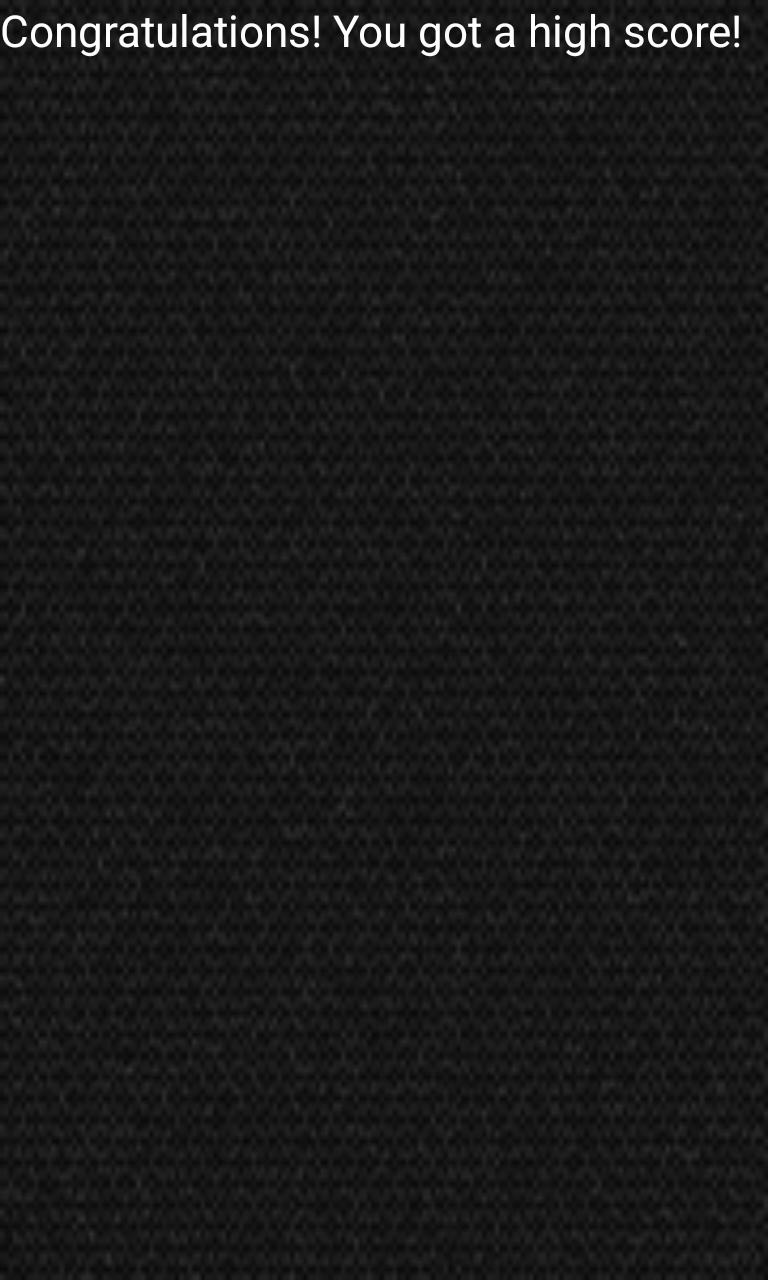
Repository: Tacohen/Killbots
Layout: Killbots/res/layout/add_score.xml
The author's editor kept a copy of each file at every save. The layout is drawn from the files as they stood at one save, then again after the next save.
It is drawn on a 768 x 1280 px phone screen (xhdpi) without system bars, with theme AppTheme; the app's code is not run.

Above is the layout before, as saved 2013-12-08 19:58:30.

### Killbots/res/layout/add_score.xml
<?xml version="1.0" encoding="utf-8"?>
<ScrollView xmlns:android="http://schemas.android.com/apk/res/android"
    android:layout_width="fill_parent"
    android:layout_height="fill_parent"
    android:background="@drawable/binding_dark"
    >
	<LinearLayout
    	android:orientation="vertical"
    	android:layout_width="fill_parent"
    	android:layout_height="fill_parent"
        android:stretchColumns="1">

		<TextView
		    android:id="@+id/congratsText"
		    android:layout_width="wrap_content"
		    android:layout_height="wrap_content"
		    android:text="Congratulations! You got a high score!"
		    android:textColor="#FFFFFF"
		    android:textAppearance="?android:attr/textAppearanceLarge" />

		<TextView
		    android:id="@+id/scoreTextCongrats"
		    android:layout_width="wrap_content"
		    android:layout_height="wrap_content"
		    android:text=""
		    android:textColor="#FFFFFF"
		    android:textAppearance="?android:attr/textAppearanceMedium" />

	</LinearLayout>
</ScrollView>

Loaded but not shown: Killbots/res/values/styles.xml (common file); Killbots/res/values-v11/styles.xml (common file); Killbots/res/values-v14/styles.xml (common file)

After the next save:
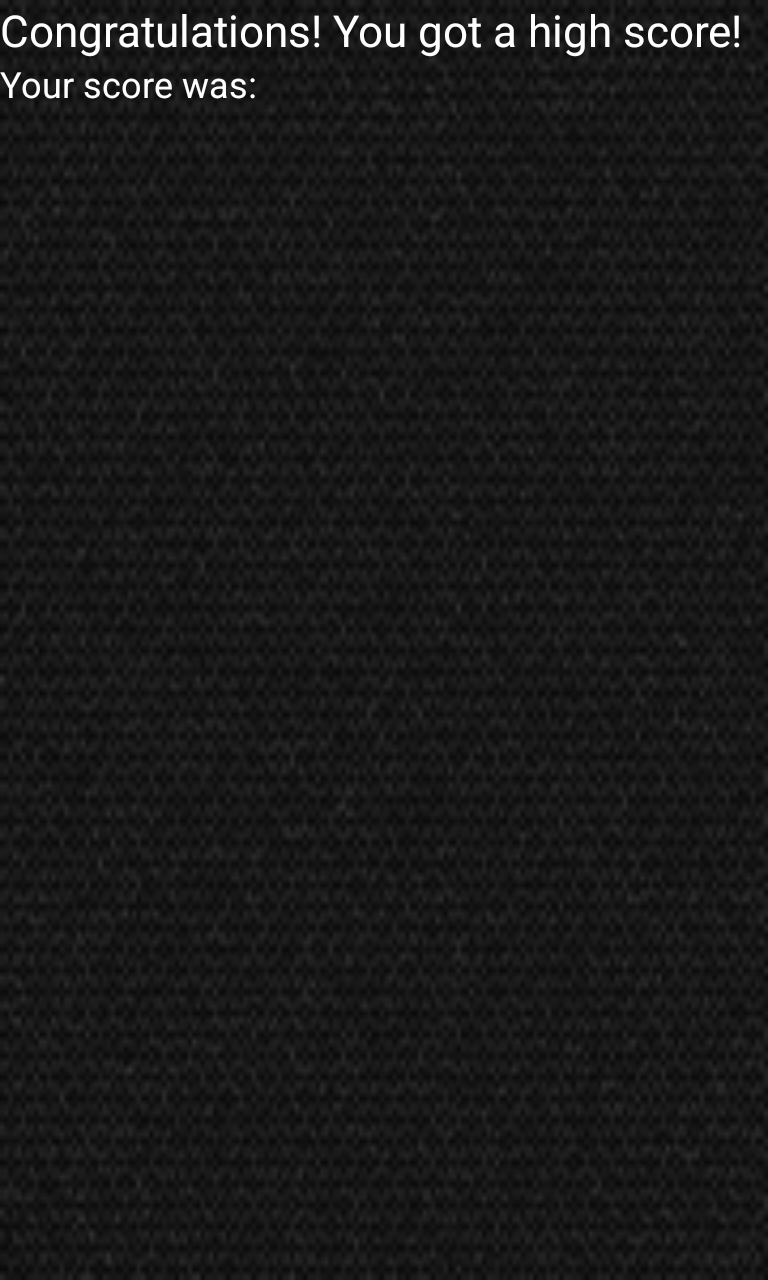
Saved 6 s later.
--- a/Killbots/res/layout/add_score.xml
+++ b/Killbots/res/layout/add_score.xml
@@ -22,7 +22,7 @@
 		    android:id="@+id/scoreTextCongrats"
 		    android:layout_width="wrap_content"
 		    android:layout_height="wrap_content"
-		    android:text=""
+		    android:text="Your score was: "
 		    android:textColor="#FFFFFF"
 		    android:textAppearance="?android:attr/textAppearanceMedium" />
 
